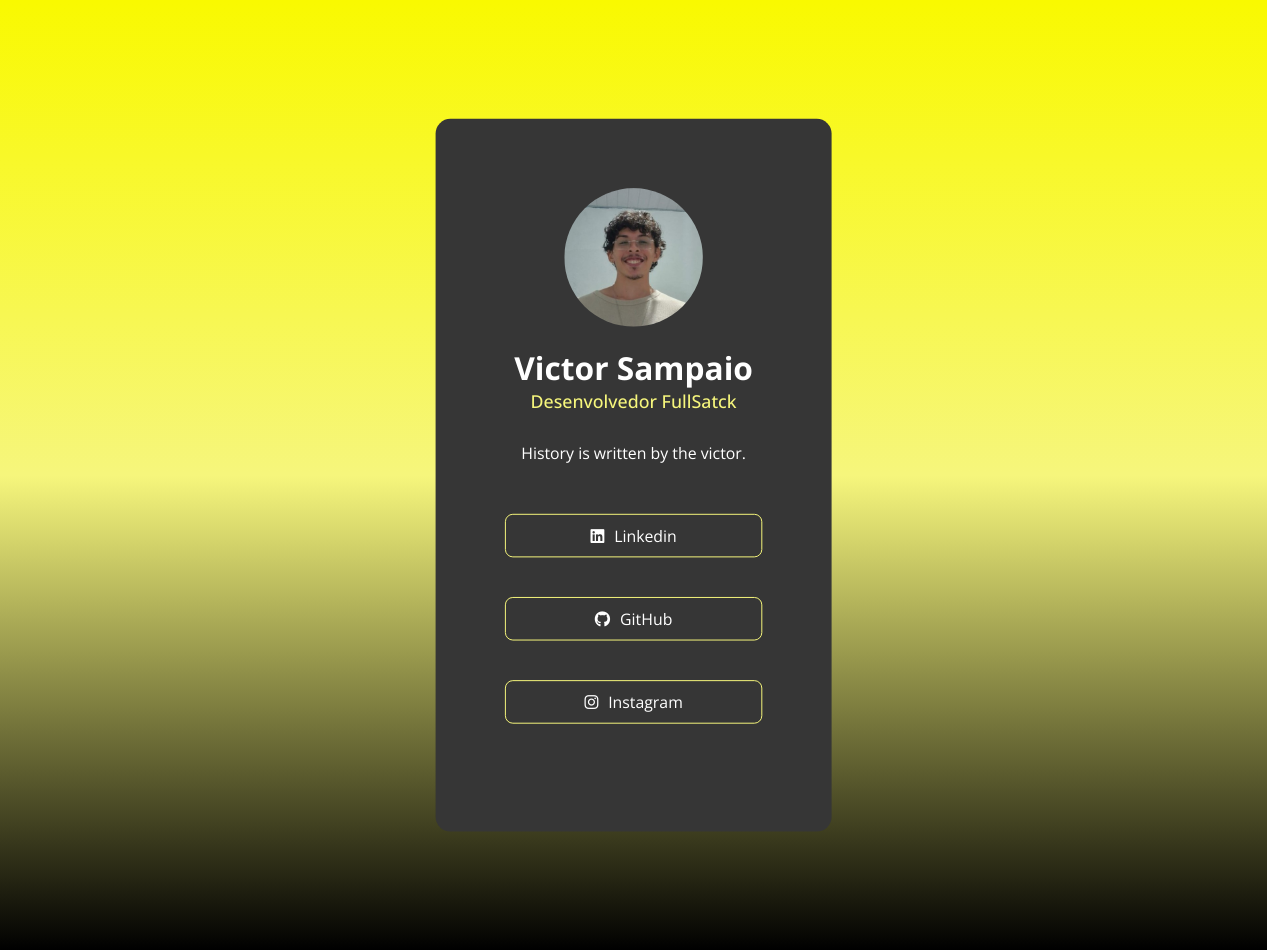
Repository: VictorSampaioDev/linkthree-gt9
Page: index.html
The author's editor kept a copy of each file at every save. The page is drawn from the files as they stood at one save, then again after a run of saves.
The browser window is 1280 px wide. The pictures show the whole page, at 99% of full size.

Above is the page before, as saved 2025-04-11 16:12:43.
Not found: .effects.css

### index.html
<!DOCTYPE html>
<html lang="pt-br">
<head>
    <meta charset="UTF-8">
    <meta name="viewport" content="width=device-width, initial-scale=1.0">
    <title>linkthree JV</title>
    <link rel="stylesheet" href="style.css">
    <link rel="icon" type="image/png" href="assets/psyduck1.png">
    <link rel="preconnect" href="https://fonts.googleapis.com">
    <link rel="preconnect" href="https://fonts.gstatic.com" crossorigin>
    <link href="https://fonts.googleapis.com/css2?family=Open+Sans:ital,wght@0,300..800;1,300..800&display=swap" rel="stylesheet">
    <link rel="stylesheet" href="https://cdnjs.cloudflare.com/ajax/libs/font-awesome/6.5.0/css/all.min.css">
</head>
<body>
    <div class="container-main">
<!-- imagem -->
        <div class="container-image">
            <img src="./assets/image-profile.jpeg" alt="Foto de Perfil">
        </div>
<!-- Titulos -->
      <div class="container-infos">
        <h1>Victor Sampaio</h1>
        <h2>Desenvolvedor FullSatck</h2>
      </div>
<!-- Paragrafo -->
      <div class="container-paragrafo">
        <p>
            History is written by the victor.
        </p>
      </div>
<!-- lista estilizada ("botões") -->
      <div class="container-social-links">
        <ul>
                <a href="https://www.linkedin.com/in/joao-victor-sampaio-30a556355/" target="_blank">
                    <li>
                        <!-- icone -->
                        <i class="fa-brands fa-linkedin"></i>
                        <!-- paragrafo -->
                        <p>Linkedin</p>
                    </li>
                </a>

                <a href="https://github.com/VictorSampaioDev" target="_blank">
                   <li>
                    <i class="fa-brands fa-github"></i>
                    <p>GitHub</p>
                   </li>
                </a>

                <a href="https://www.instagram.com/jovetorr" target="_blank">
                   <li>
                    <i class="fa-brands fa-instagram"></i>
                    <p>Instagram</p>
                   </li>
                </a>
        </ul>
    </div>
</body>
</html>

### style.css

@import url(".effects.css");

* {
    font-family: "Open Sans", sans-serif;
    margin: 0;
    padding: 0;
    box-sizing: border-box;
}
body{
    background: linear-gradient( rgb(249, 249, 0), rgb(246, 246, 124),rgb(0, 0, 0));
    animation: animateGradient 6s ease infinite;
    background-size: 400%;

}
.container-main{
    background-color: #363636;
    width: 400px;
    height: 720px;
    box-sizing: border-box;
    margin: 120px auto;
    padding: 70px;
    border-radius: 15px;
    text-align: center;
}
.container-image{

    & img{
       width: 140px;
       border-radius: 100%;
    }
}
.container-infos{
    margin-top: 15px;
    margin-bottom: 10px;
}
.container-infos h1{
    font-weight: 700;
    color: white;
}
.container-infos h2{
    font-weight: 500;
    font-size: 18px;
    color: rgb(246, 246, 124);
}
.container-paragrafo{
    margin-top: 30px;
    color: white;
    margin-bottom: 50px;
}
.container-social-links ul {
    display: flex;
    flex-direction: column;
    gap: 40px;
}
.container-social-links li {
    display: flex;
    justify-content: center;
    gap: 10px;
    align-items: center;
    border: 1px solid rgb(246, 246, 124);
    border-radius: 8px;
    padding: 10px;
    transition: background-color 0.3s;


    &:hover{
        background-color: rgb(246, 246, 124);
    }
  }

.container-social-links a {
    text-decoration: none;
    color: white;
    transition: color 0.3s;

    &:hover{
        color: black;
    }
}

After the next 2 saves:
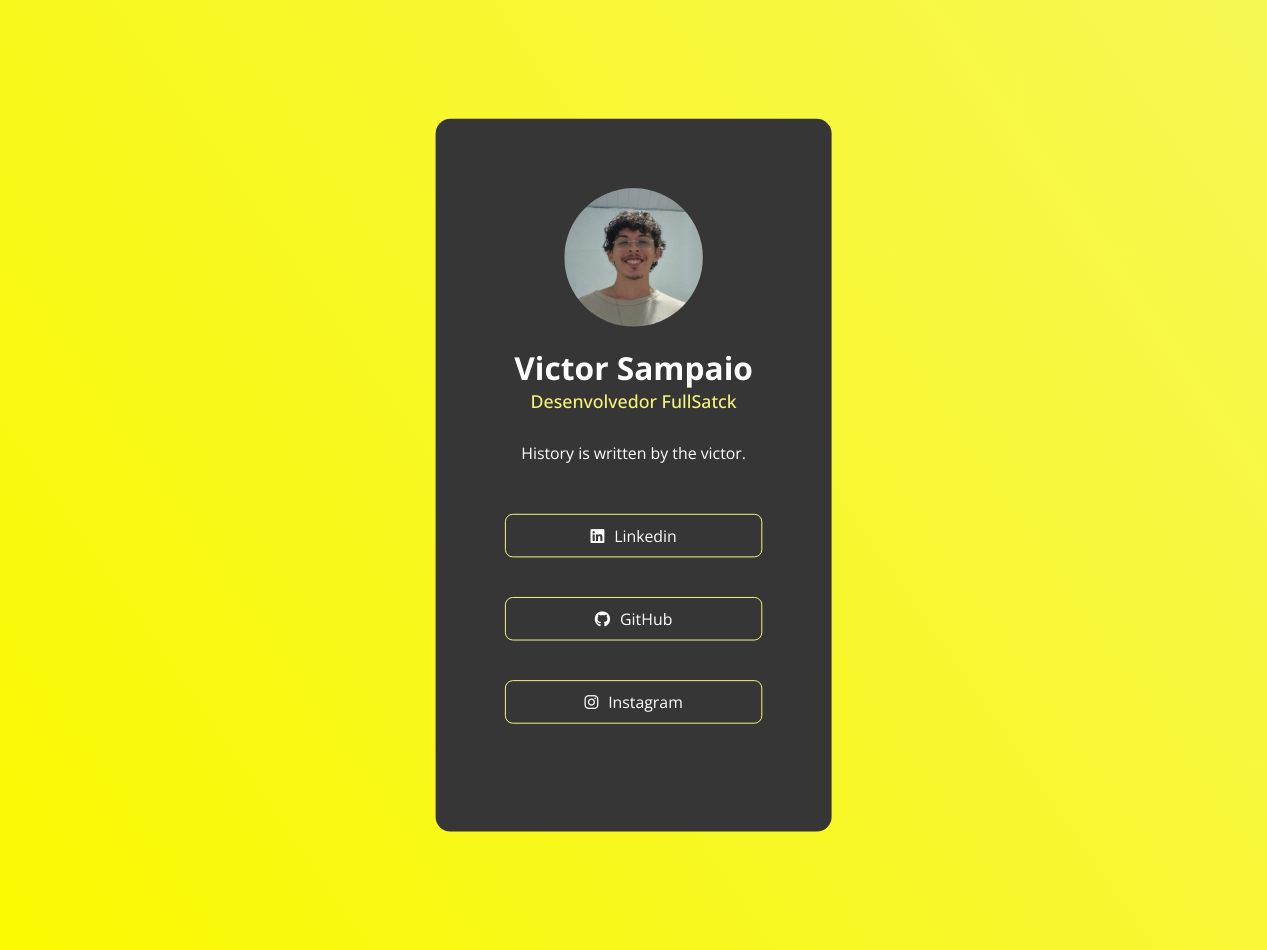
The 2 saves are shown as one change because they came seconds apart.
The last was saved 16 s later.
--- a/style.css
+++ b/style.css
@@ -8,7 +8,7 @@
     box-sizing: border-box;
 }
 body{
-    background: linear-gradient( rgb(249, 249, 0), rgb(246, 246, 124),rgb(0, 0, 0));
+    background: linear-gradient(55deg, rgb(249, 249, 0), rgb(246, 246, 124),rgb(0, 0, 0));
     animation: animateGradient 6s ease infinite;
     background-size: 400%;
 
